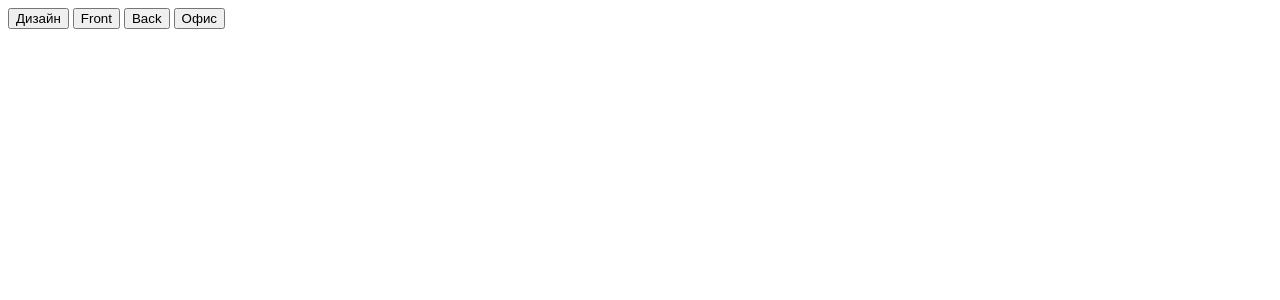
Repository: the-ASAP/AsapVerstka
Page: src/components/profession.html
These files come from the project's save history. The page is drawn as it stood at one moment and after the next save; the edit follows.
The browser window is 1280 px wide. The pictures show the whole page.

Above is the page before, as saved 2021-07-28 10:13:23.

### src/components/profession.html
<section class="profession">
    <div class="wrapper">
        <div class="profession__mainButtons">
            <button type="button" class="profession__choice">Дизайн</button>
            <button type="button" class="profession__choice">Front</button>
            <button type="button" class="profession__choice">Back</button>
            <button type="button" class="profession__choice">Офис</button>
        </div>


    </div>
</section>

After the next save:
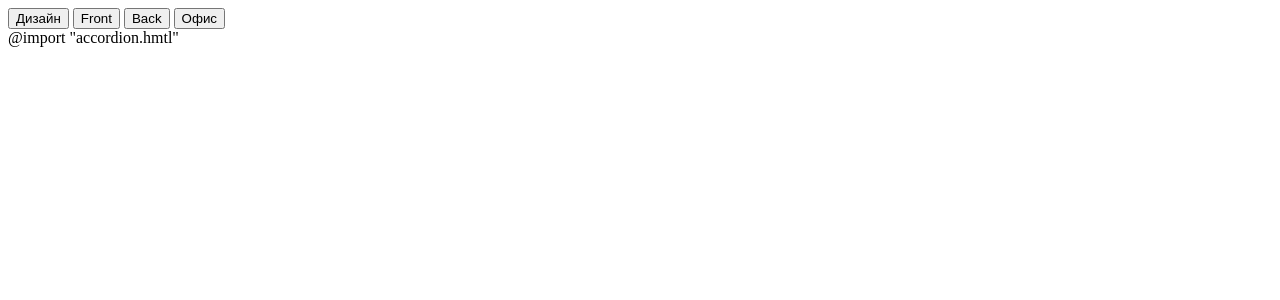
Saved 25 s later.
--- a/src/components/profession.html
+++ b/src/components/profession.html
@@ -7,6 +7,6 @@
             <button type="button" class="profession__choice">Офис</button>
         </div>
 
-
+        @import "accordion.hmtl"
     </div>
 </section>
